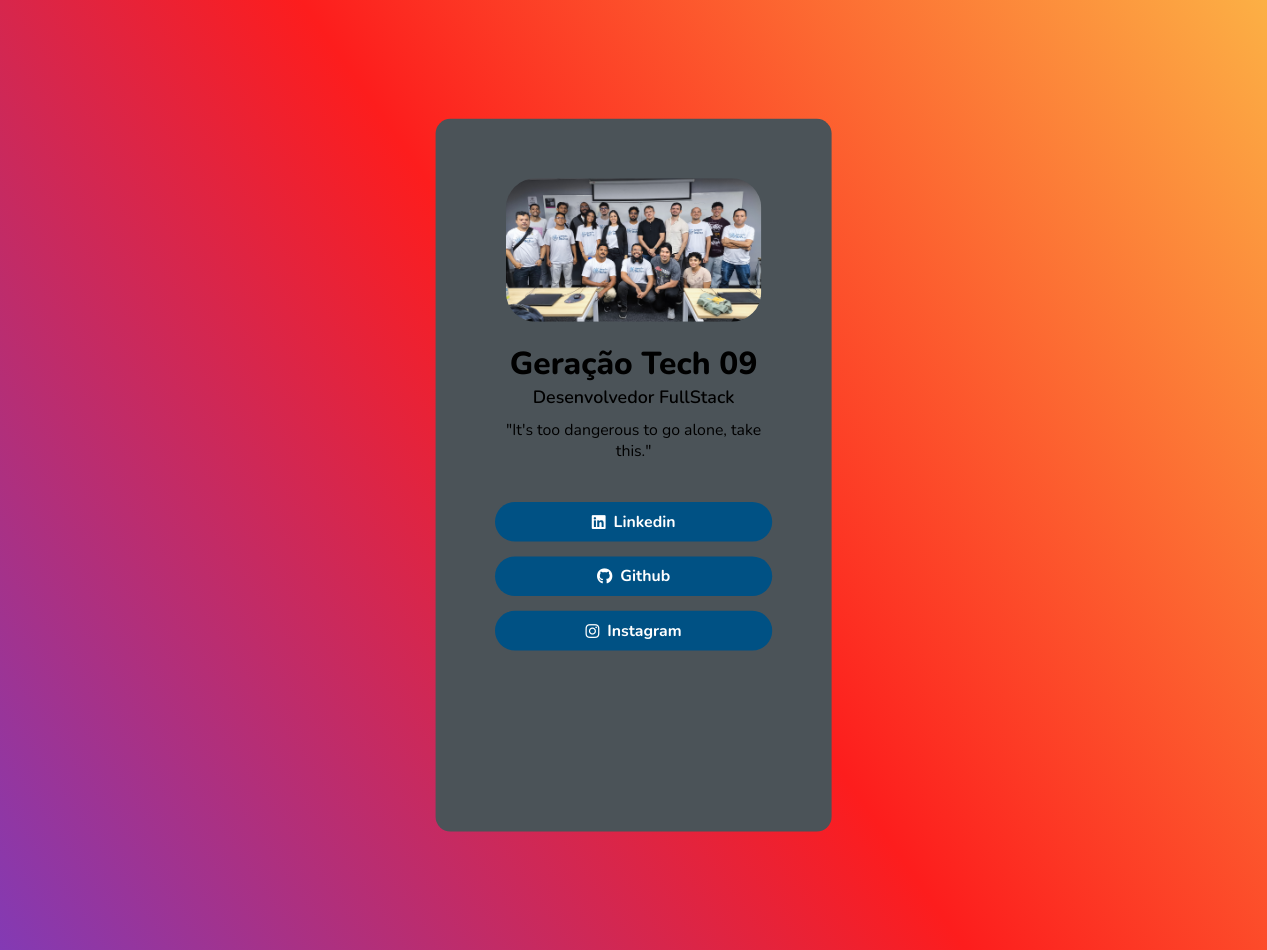
Repository: geracao-09/linktree-gt9
Page: index.html
These files come from the project's save history. The page is drawn as it stood at one moment and after a run of saves; the edit follows.
The browser window is 1280 px wide. The pictures show the whole page, at 99% of full size.

Above is the page before, as saved 2025-04-11 11:28:30.

After the next 2 saves:
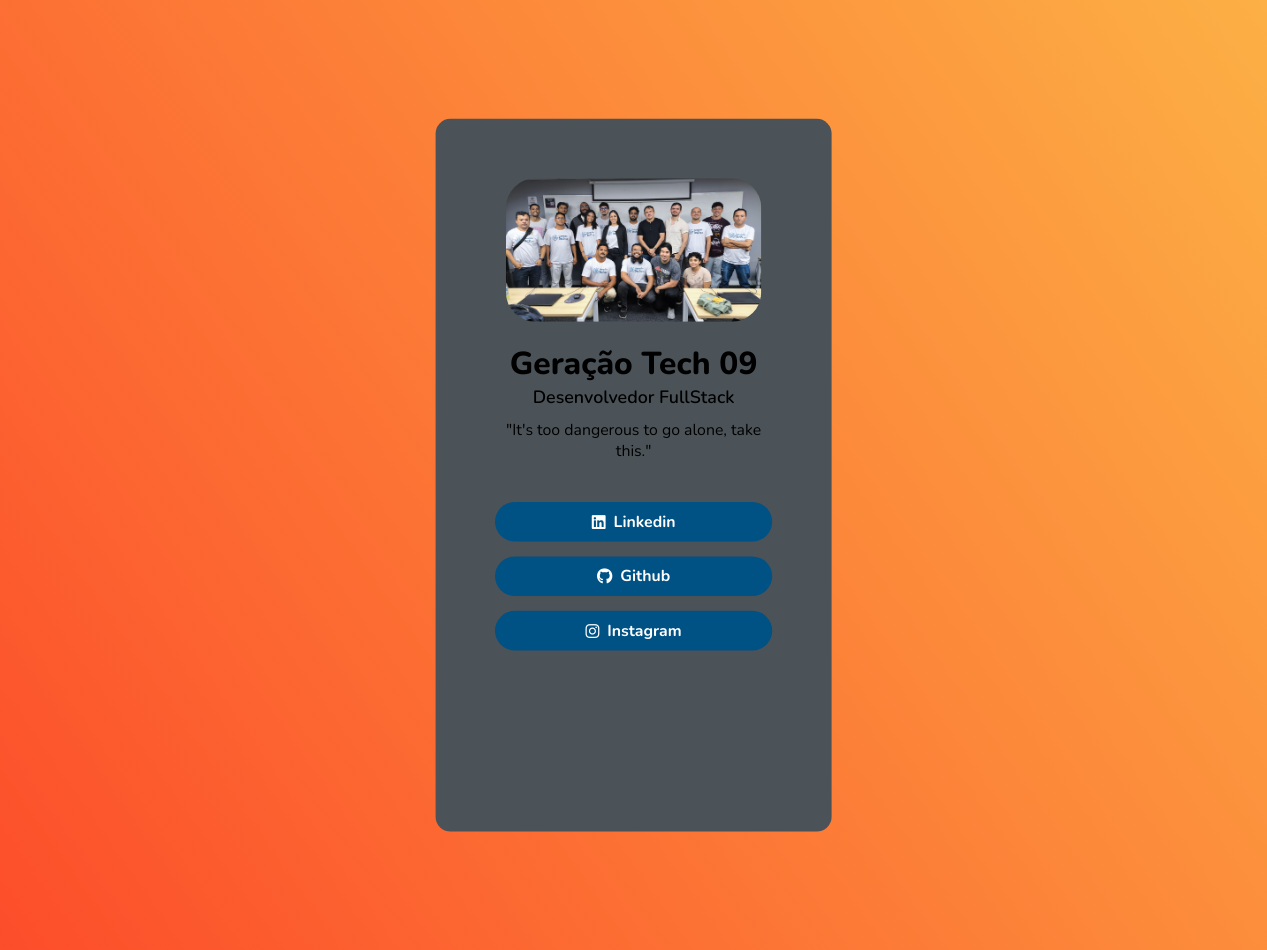
The 2 saves are shown as one change because they came seconds apart.
The last was saved 10 s later.
--- a/style.css
+++ b/style.css
@@ -8,7 +8,7 @@
 body {
   background: linear-gradient(55deg,rgba(131, 58, 180, 1) 0%, rgba(253, 29, 29, 1) 50%, rgba(252, 176, 69, 1) 100%);
   animation: gradientShift 2s ease infinite;
-
+  background-size: 400%;
 }
 
 @keyframes gradientShift {
